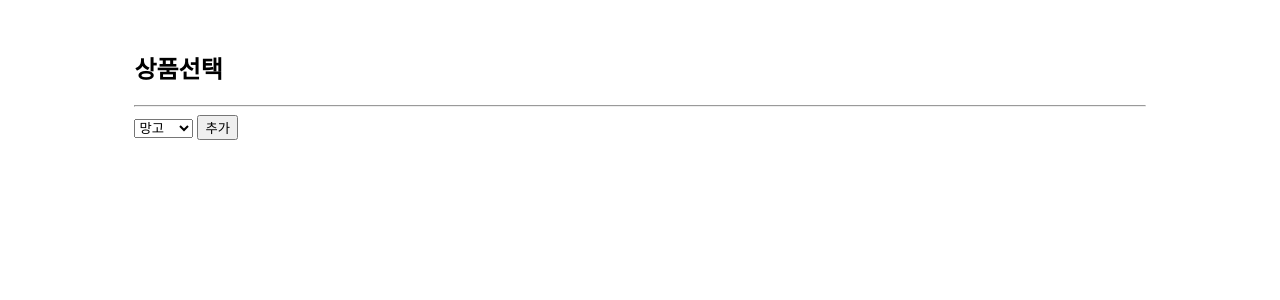
Repository: Yunkieun/jspworks
Page: http://localhost/jspwork2/cart/selProduct.jsp
An editor plug-in stored every save of this project. The page is shown before and after the next save, followed by the edit.
The browser window is 1280 px wide. The pictures show the whole page.
The page is served by Tomcat 9. Nobody is signed in. The application's start-up code is not run.

Above is the page before, as saved 2023-07-19 05:48:29.

After the next save:
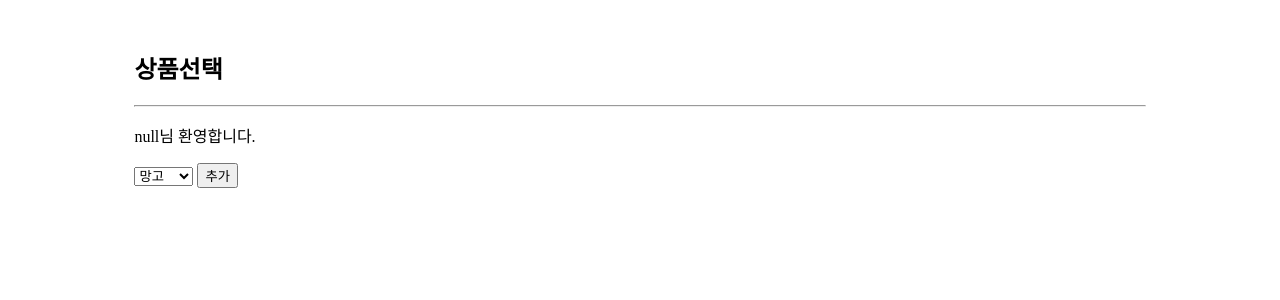
Saved 27 s later.
--- a/jspwork2/src/main/webapp/cart/selProduct.jsp
+++ b/jspwork2/src/main/webapp/cart/selProduct.jsp
@@ -14,7 +14,7 @@
 	<div id="container">
 		<h2>상품선택</h2>
 		<hr>
-
+		<p><%=username %>님 환영합니다.</p>
 		<form action="addProduct.jsp" method="post">
 			<select name="product">
 				<option value="망고">망고</option>
